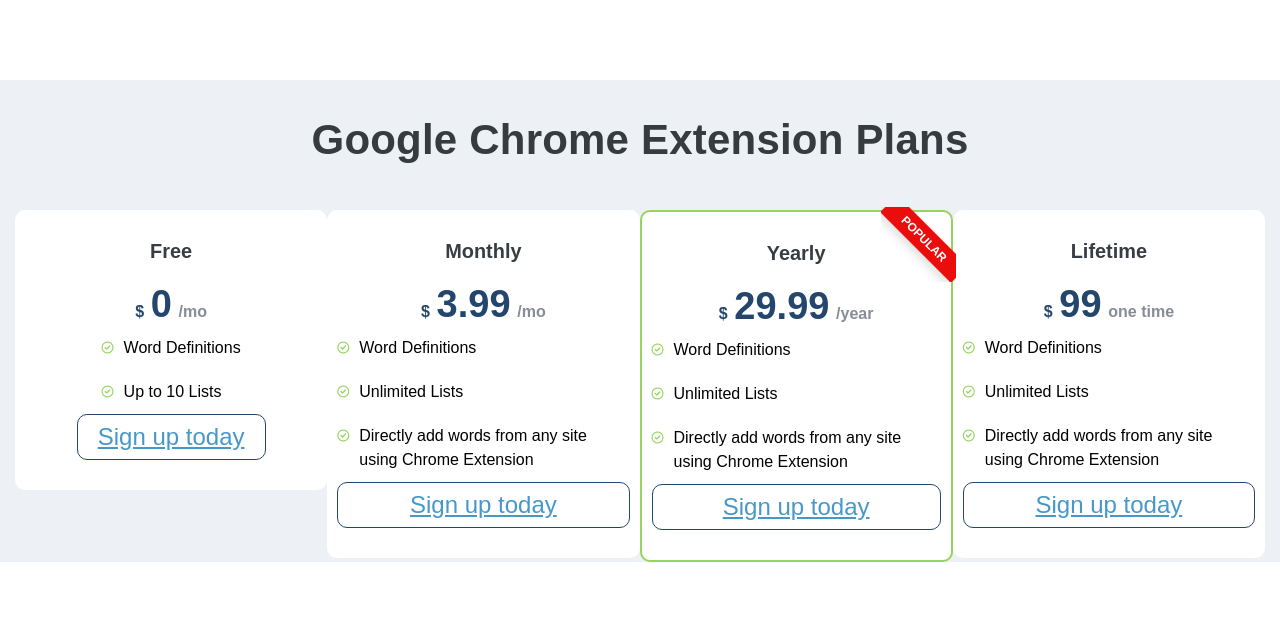
Repository: Novoselets28/chatos-test-task
Page: index.html
The author's editor kept a copy of each file at every save. The page is drawn from the files as they stood at one save, then again after the next save.
The browser window is 1280 px wide. The pictures show the whole page.

Above is the page before, as saved 2023-04-19 21:08:56.

### index.html
<!DOCTYPE html>
<html lang="en">
<head>
    <meta charset="UTF-8">
    <meta http-equiv="X-UA-Compatible" content="IE=edge">
    <meta name="viewport" content="width=device-width, initial-scale=1.0">
    <link rel="stylesheet" type="text/css" href="index.css" />
    <link rel="stylesheet" href="https://cdnjs.cloudflare.com/ajax/libs/font-awesome/6.0.0/css/all.min.css">
    <link rel="preconnect" href="https://fonts.googleapis.com">
    <link rel="preconnect" href="https://fonts.gstatic.com" crossorigin>
    <link href="https://fonts.googleapis.com/css2?family=Arimo:wght@400;700&family=Rubik&display=swap" rel="stylesheet">
    <title>Document</title>
</head>
<body>
    <div class="page__extension extension">
        <div class="extension__container _container">
            <div class="extension__header header-block">
                <h2 class="header-block__title">Google Chrome Extension Plans</h2>
            </div>
            <div class="extension__items">
                <!-- Modern pricing table - Free -->
                <div class="extension__item item-extension">
                    <h5 class="item-extension__title">Free</h5>
                    <div class="item-extension__price price-item">
                        <span class="price-item__dollar">$</span>
                        <span class="price-item__number">0</span>
                        <span class="price-item__label">/mo</span>
                    </div>
                    <div class="item-extension__points">
                        <ul class="item-extension__point point-list">
                            <li class="point-list__item">
                                <i class="icon fa-regular fa-circle-check" style="color: #96d35f;"></i>
                                Word Definitions
                            </li>
                            <li class="point-list__item">
                                <i class="icon fa-regular fa-circle-check" style="color: #96d35f;"></i>
                                Up to 10 Lists
                            </li>
                        </ul>
                        <a href="https://boostvocab.com/register" class="item-extension__button">Sign up today</a>
                    </div>

                </div>
                <!-- END : Modern pricing table - Free -->
                <!-- Modern pricing table - MOnthly -->
                <div class="extension__item item-extension">
                    <h5 class="item-extension__title">Monthly</h5>
                    <div class="item-extension__price price-item">
                        <span class="price-item__dollar">$</span>
                        <span class="price-item__number">3.99</span>
                        <span class="price-item__label">/mo</span>
                    </div>
                    <div class="item-extension__points">
                        <ul class="item-extension__point point-list">
                            <li class="point-list__item">
                                <i class="icon fa-regular fa-circle-check" style="color: #96d35f;"></i>
                                Word Definitions
                            </li>
                            <li class="point-list__item">
                                <i class="icon fa-regular fa-circle-check" style="color: #96d35f;"></i>
                                Unlimited Lists
                            </li>
                            <li class="point-list__item">
                                <i class="icon fa-regular fa-circle-check" style="color: #96d35f;"></i>
                                Directly add words from any site using Chrome Extension
                            </li>
                        </ul>
                        <a target="new" href="https://buy.stripe.com/5kAdRpbLh3k71RS6oo" class="item-extension__button">Sign up today</a>
                    </div>
                </div>
                <!-- END : Modern pricing table - Monthly -->
                <!-- Modern pricing table - Yearly -->
                <div class="extension__item item-extension item-extension_active" style="z-index: 2;">
                    <div class="ribbon"><span>POPULAR</span></div>
                    <h5 class="item-extension__title">Yearly</h5>
                    <div class="item-extension__price price-item">
                        <span class="price-item__dollar">$</span>
                        <span class="price-item__number">29.99</span>
                        <span class="price-item__label">/year</span>
                    </div>
                    <div class="item-extension__points">
                       <ul class="item-extension__point point-list">
                            <li class="point-list__item">
                                <i class="icon fa-regular fa-circle-check" style="color: #96d35f;"></i>
                                Word Definitions
                            </li>
                            <li class="point-list__item">
                                <i class="icon fa-regular fa-circle-check" style="color: #96d35f;"></i>
                                Unlimited Lists
                            </li>
                            <li class="point-list__item">
                                <i class="icon fa-regular fa-circle-check" style="color: #96d35f;"></i>
                                Directly add words from any site using Chrome Extension
                            </li>
                        </ul>
                        <a target="new" href="https://buy.stripe.com/aEU6oX3eL6wjdAA7st" class="item-extension__button">Sign up today</a>
                    </div>
                </div>
                <!-- END : Modern pricing table - Yearly -->
                <!-- Modern pricing table - Lifetime -->
                <div class="extension__item item-extension">
                    <h5 class="item-extension__title">Lifetime</h5>
                    <div class="item-extension__price price-item">
                        <span class="price-item__dollar">$</span>
                        <span class="price-item__number">99</span>
                        <span class="price-item__label">one time</span>
                    </div>
                    <div class="item-extension__points">
                        <ul class="item-extension__point point-list">
                            <li class="point-list__item">
                                <i class="icon fa-regular fa-circle-check" style="color: #96d35f;"></i>
                                Word Definitions
                            </li>
                            <li class="point-list__item">
                                <i class="icon fa-regular fa-circle-check" style="color: #96d35f;"></i>
                                Unlimited Lists
                            </li>
                            <li class="point-list__item">
                                <i class="icon fa-regular fa-circle-check" style="color: #96d35f;"></i>
                                Directly add words from any site using Chrome Extension
                            </li>
                        </ul>
                        <a target="new" href="https://buy.stripe.com/4gwfZxbLh8Er54428a" class="item-extension__button">Sign up today</a>
                    </div>
                </div>
            </div>
            <!-- END : Modern pricing table - Lifetime -->
        </div>
    </div>
</body>
</html>

### index.css
*{
    margin: 0;
    padding: 0;
    box-sizing: border-box;
}

.page__extension {

}

.extension{
    padding: 80px 0px 136px 0px;
}

.extension__container{
    background-color: #edf0f5;
}

._container{
    max-width: 100%;
    padding: 0 15px;
    margin: 0 auto;
    box-sizing: content-box;
    font-family: 'Arimo', sans-serif;
}

.extension__header{
    margin: 0 0 40px 0;
    padding: 30px 0 0;
}

.header-block{
    text-align: center;
}

.header-block__title{
    font-size: 42px;
    letter-spacing: 0.2px;
    font-weight: 700;
    line-height: 142%;
    color: #363b3f;
}

.extension__items{
    display: flex;
    align-items: flex-start;
    font-family: inherit;
    font-size: 24px;
}

.extension__item{
    flex: 0 1 33.333%;
}

.item-extension{
    display: flex;
    flex-direction: column;
    justify-content: center;
    align-items: center;
    background-color: #fff;
    padding: 30px 0;
    border-radius: 10px;
}

.item-extension_active{
    border: 2px solid #96d35f;
    left: 0px;
    position: relative;
    top: 0px;
}

.ribbon {
    width: 75px;
    height: 75px;
    position: absolute;
    top: -5px;
    right: -5px;
    overflow: hidden;
}

.ribbon span {
    position: absolute;
    font-family: 'Arimo', sans-serif;
    font-weight: bold;
    top: 20px;
    right: -18px;
    transform: rotate(45deg);
    width: 100px;
    background: #eb0c0c;
    padding: 5px 0;
    color: #fff;
    text-align: center;
    font-size: 12px;
    box-shadow: 0 5px 10px rgba(0,0,0,0.12);
}

.item-extension__title{
    color: #373d42;
    margin: 0 0 20px;
}

.item-extension__price{
    color: #24466c;
}

.price-item{
    margin: 0;
    font-size: 24px;
    font-family: 'Poppins', sans-serif;
    font-weight: bold;
}

.price-item__dollar{
    font-size: 16px;
}

.price-item__number{
    text-transform: uppercase;
    font-size: 38px;
}

.price-item__label{
    color: #878d96;
    font-size: 16px;
}

.item-extension__points{
    display: flex;
    flex-direction: column;
    justify-content: center;
    align-items: center;
    margin: 0 10px;
}

.item-extension__point{
    color: inherit;
    font-weight: 400;
    line-height: 150%;
    font-size: 16px;
    display: flex;
    flex-direction: column;
    justify-content: space-around;
    align-items: center;
}

.point-list{

}

.point-list__item .icon{
    content: "f058";
    font-family: "Font Awesome 6 Free";
    font-size: 12px;
    line-height: 2;
    padding: 0 10px 0 0;
}

.point-list__item{
    list-style-type: none;
    display: flex;
    justify-content: flex-start;
    width: 100%;
    padding: 10px 0;
}

.point-list__icon{

}

.item-extension__button{
    border: 1px solid #24466c;
    min-height: 44px;
    display: flex;
    font-weight: 400;
    justify-content: center;
    align-items: center;
    line-height: 142%;
    padding: 5px 20px;
    text-align: center;
    border-radius: 10px;
    width: 100%;
    color: #4798c9;
}

After the next save:
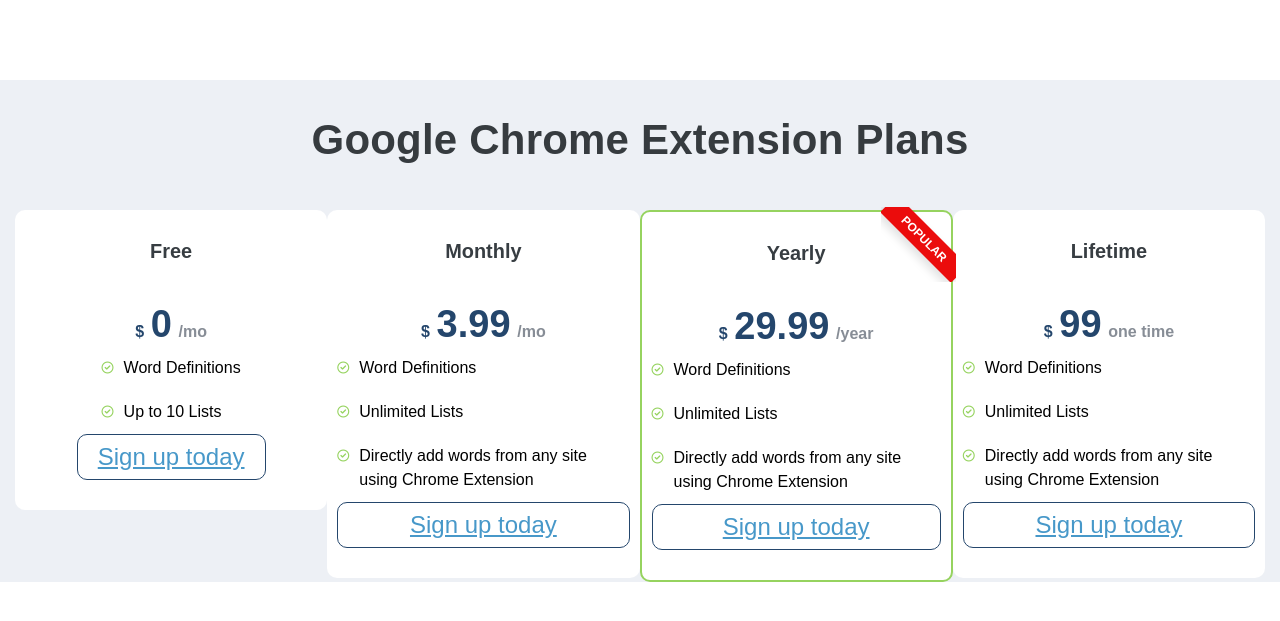
Saved 17 s later.
--- a/index.css
+++ b/index.css
@@ -96,7 +96,7 @@
 
 .item-extension__title{
     color: #373d42;
-    margin: 0 0 20px;
+    margin: 0 0 40px;
 }
 
 .item-extension__price{
